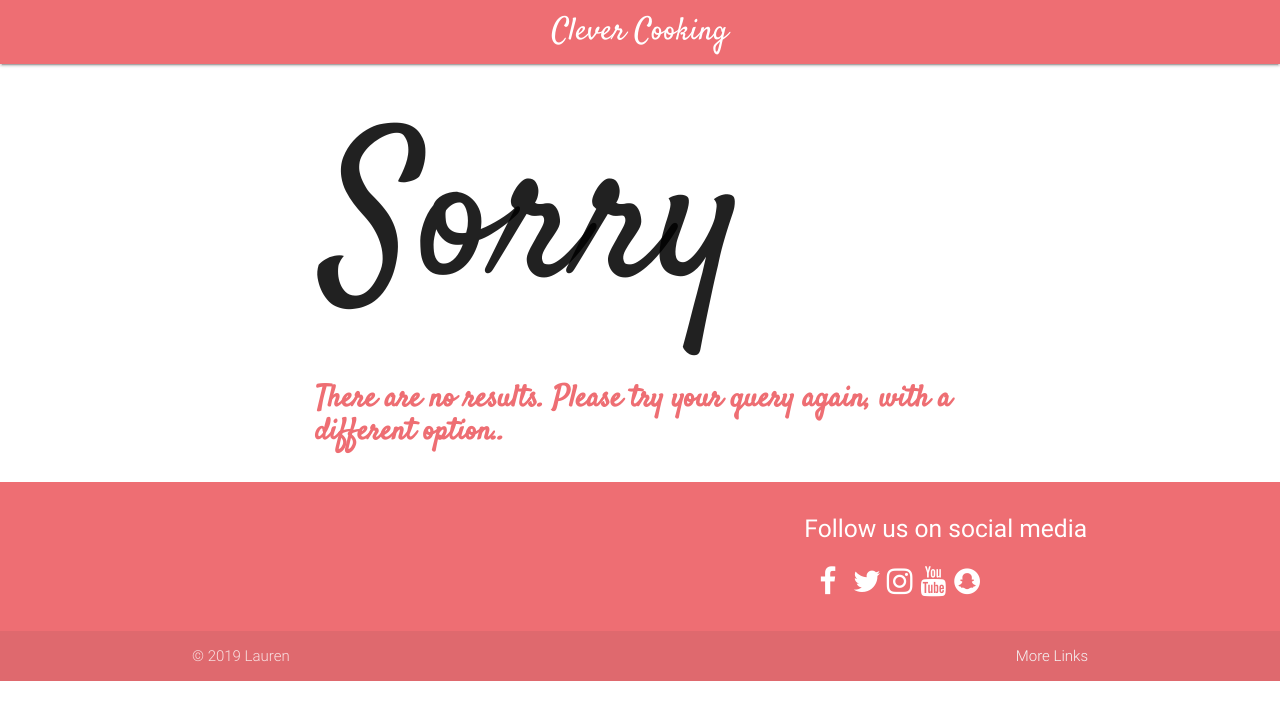
Repository: Code-Institute-Submissions/online-recipe-cookbook
Page: templates/no_results.html
The author's editor kept a record of every edit. The page is drawn from the files as they stood at one moment, then again after the next edit.
The browser window is 1280 px wide. The pictures show the whole page.
Some web libraries are served in a nearby version. The page is served by the project's application, run on Flask 3 (app.py). The template is opened directly, without the code that normally fills it, so the values that code supplies are empty.

Above is the page before.

### templates/no_results.html
{%extends 'base.html'%}
{% block content %}

<!DOCTYPE html>
<html>
    <head>

    </head>
    <body>
        <div class="container">
            <h3></h3>
            <div class="container">

                 <div class="row">
                     <div class="col">
                         <h1>Sorry</h1>
                     </div>
                </div>
                <div class="row">
                    <h4>There are no results. Please try your query again, with a different option..</h4>
                  </div>

            </div>
            </div>
        </div>

    </body>

</html>
     {% endblock %}

### templates/base.html
<!DOCTYPE html>
<html>

<head>
    <link href="https://fonts.googleapis.com/icon?family=Material+Icons" rel="stylesheet">
    <link rel="stylesheet" href="https://cdnjs.cloudflare.com/ajax/libs/materialize/0.100.2/css/materialize.min.css">
    <link rel="stylesheet" href="{{url_for('static', filename='css/style.css')}}" type="text/css"/>
    <link rel="stylesheet" href="https://cdnjs.cloudflare.com/ajax/libs/font-awesome/4.7.0/css/font-awesome.min.css">
</head>

<body>
    <header>
      <nav>
        <div class="nav-wrapper">
          <a href="{{url_for('get_top_recipes')}}" class="brand-logo center">Clever Cooking</a>
        </div>
      </nav>
    </header>
    {% block content %}

    {% endblock %}

    <script src="https://cdnjs.cloudflare.com/ajax/libs/jquery/3.2.1/jquery.min.js"></script>
    <script src="https://cdnjs.cloudflare.com/ajax/libs/materialize/0.100.2/js/materialize.min.js"></script>
    <script type="text/javascript">
    $(document).ready(function(){
    $('.modal').modal();

    function sendItem(val) {
        return val;
    }
    $(function () {
            $('input.autocomplete').autocomplete({
                data: {

                    "Apple": null,
                    "Microsoft": null,
                    "Google": 'http://placehold.it/250x250'
                },
                onAutocomplete: function(txt) {
                   var query = "/"+txt;
                   window.location.pathname="/search_recipe"+query
                    //window.location += query;
                  console.log(window.location)
                  sendItem(txt);
                },
                limit: 20, // The max amount of results that can be shown at once. Default: Infinity.
            });

    });

  });
    </script>

</body>
<footer class="page-footer">
          <div class="container">
            <div class="row">
              <div class="col l6 s12">
                </div>
              <div class="col l4 offset-l2 s12">
                <h5 class="white-text">Follow us on social media</h5>

                  <a href="#"><i class="fa fa-facebook fa-2x"></i></a>
          				<a href="#" ><i class="fa fa-twitter fa-2x"></i></a>
          				<a href="#" ><i class="fa fa-instagram fa-2x"></i></a>
          				<a href="#" ><i class="fa fa-youtube fa-2x"></i></a>
          				<a href="#"> <i class="fa fa-snapchat fa-2x"></i> </a>


              </div>
            </div>
          </div>
          <div class="footer-copyright">
            <div class="container">
            © 2019 Lauren
            <a class="grey-text text-lighten-4 right" href="#!">More Links</a>
            </div>
          </div>
        </footer>
</html>

### app.py
import os
from flask import Flask, render_template, redirect, request, url_for
from flask_pymongo import PyMongo
from bson.objectid import ObjectId

app = Flask(__name__)
app.config["MONGO_DBNAME"] = 'cookbookDb'
#app.config["MONGO_URI"] = os.getenv('MONGO_URI', 'mongodb://localhost')
app.config["MONGO_URI"]="mongodb+srv://root-user96:r00tUser96@myfirstcluster-ehz2d.mongodb.net/cookbookDb?retryWrites=true&w=majority"


mongo = PyMongo(app)

@app.route('/')
@app.route('/get_top_recipes')
def get_top_recipes():

    recipe_list = mongo.db.recipes.find().sort([( "likes", -1 )])
    return render_template("home.html", recipes=recipe_list)

@app.route('/search_recipe/<recipe_term>')
def search_recipe(recipe_term):
    q = ".*"+recipe_term +".*";
    defined_recipe_list = mongo.db.recipes.find({"dietary_needs":{'$regex': q }});
    if defined_recipe_list.count() == 0:
        return render_template('no_results.html')

    return render_template('home.html', recipes=defined_recipe_list)
@app.route('/edit_recipe/<recipe_id>')
def edit_recipe(recipe_id):
    the_recipe = mongo.db.recipes.find_one({"_id": ObjectId(recipe_id)})
    return render_template('edit_recipe.html', recipe=the_recipe)

@app.route('/show_recipe/<recipe_id>')
def show_recipe(recipe_id):
    the_recipe = mongo.db.recipes.find_one({"_id": ObjectId(recipe_id)})
    recipe_comments = mongo.db.comments.find({"_recipe_id": ObjectId(recipe_id)})
    return render_template('show_recipe.html', recipe=the_recipe, comments=recipe_comments)

@app.route('/delete_recipe/<recipe_id>')
def delete_recipe(recipe_id):
    mongo.db.recipes.remove({'_id': ObjectId(recipe_id)})
    return redirect(url_for('get_top_recipes'))

@app.route('/add_like_to_recipe/<recipe_id>', methods=['GET'])
def add_like_to_recipe(recipe_id):
    recipes = mongo.db.recipes

    recipes.update(
        {'_id': ObjectId(recipe_id)},
        { '$inc': { 'likes': +1} }
    )

    return redirect(url_for('show_recipe', recipe_id=recipe_id))

@app.route('/add_comment_to_recipe/<recipe_id>', methods=['POST'])
def add_comment_to_recipe(recipe_id):
    recipes = mongo.db.recipes
    comments = mongo.db.comments

    commentdict = { "username": request.form.get('username'), "comment": request.form.get('comment'), "_recipe_id":ObjectId(recipe_id)}
    comments.insert_one(commentdict)

    return redirect(url_for('show_recipe', recipe_id=recipe_id))

@app.route('/update_recipe/<recipe_id>', methods=['POST'])
def update_recipe(recipe_id):
    recipes = mongo.db.recipes
    recipes.update({'_id': ObjectId(recipe_id)},
    {
        'recipe_name':request.form.get('recipe_name'),
        'prep_time':request.form.get('prep_time'),
        'cook_time':request.form.get('cook_time'),
        'ingredients':request.form.get('ingredients'),
        #'cuisine':request.form.get('cuisine'),
        'method_steps':request.form.get('method_steps'),
        'tools_used':request.form.get('tools_used'),
        'image_link':request.form.get('image_link')
    })
    return redirect(url_for('get_top_recipes'))

@app.route('/insert_recipe', methods=['POST'])
def insert_recipe():
    recipes = mongo.db.recipes
    recipe_info = request.form.to_dict();
    recipe_info['likes'] = 0
    recipes.insert_one(recipe_info)
    return redirect(url_for('get_top_recipes'))

@app.route('/add_recipe')
def add_recipe():
    return render_template("add_recipe.html")

@app.route('/get_recipe_names')
def get_recipe_names():
    return render_template("index.html", names=mongo.db.recipe_names.find())

if __name__ == '__main__':
    app.run(host=os.environ.get('IP'),
            port=int(os.environ.get('PORT')),
            debug=True)

### static/css/style.css
@import url('https://fonts.googleapis.com/css?family=Satisfy&display=swap');
.fa {
  color: white;
  padding: .5em;
  font-size: 2em;
  width: 1em;
  text-decoration: none;
}

.nav-wrapper{
  font-family: 'Satisfy', cursive;
  font-size: 20px;
}

h4{
    font-family: 'Satisfy', cursive;
    font-style: normal;
    font-weight: bold;
    color: #ee6e73;
  font-size: 30px;
}
.btn{
  background-color: #ee6e73;
}
.card{
  padding-left: 1em;
  padding-right: 1em;
}

footer {
bottom: 0;
width: 100%;
}

h1{
  font-family: 'Satisfy', cursive;
  font-size: 200px;
}

After the next edit:
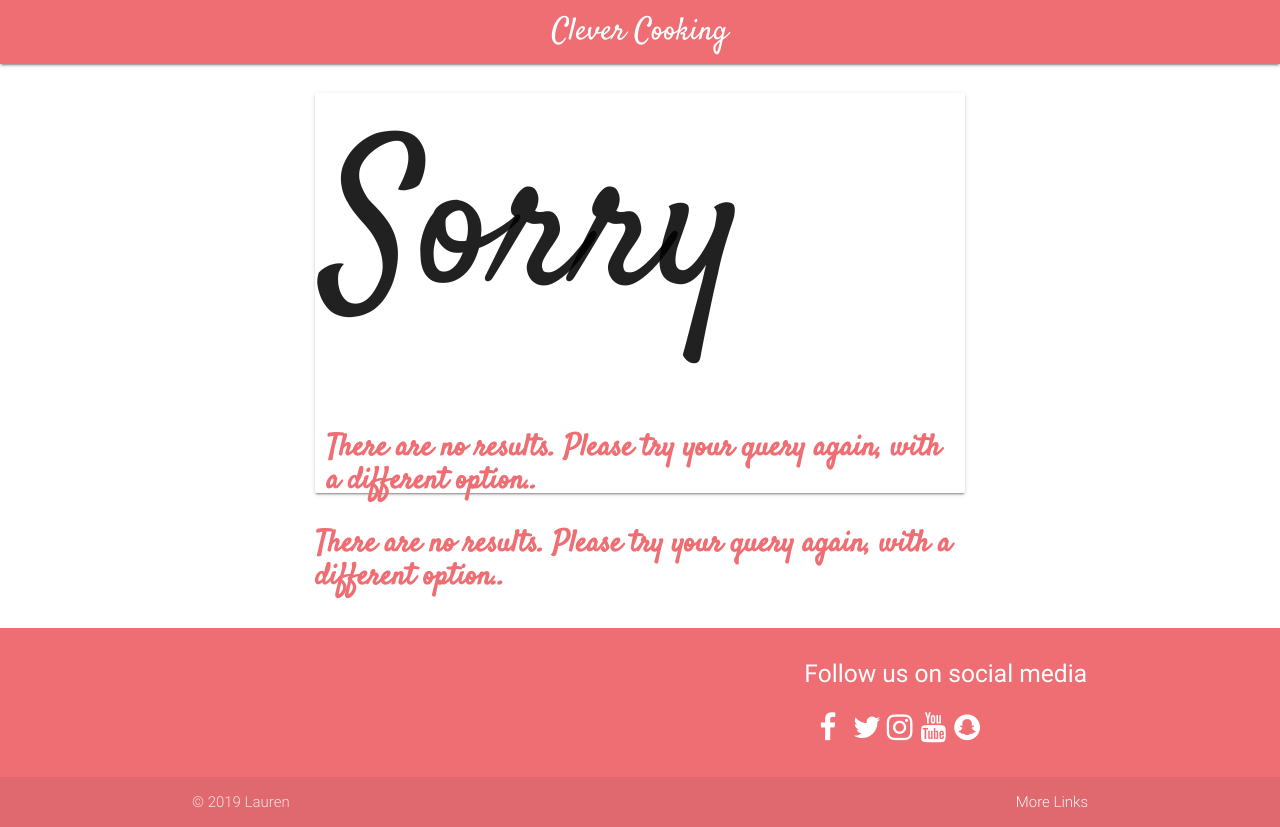
The edit:
--- a/templates/no_results.html
+++ b/templates/no_results.html
@@ -12,8 +12,10 @@
             <div class="container">
 
                  <div class="row">
-                     <div class="col">
+                     <div class="card col s12 m12 l12 medium">
                          <h1>Sorry</h1>
+                         <br><br>
+                          <h4>There are no results. Please try your query again, with a different option..</h4>
                      </div>
                 </div>
                 <div class="row">
